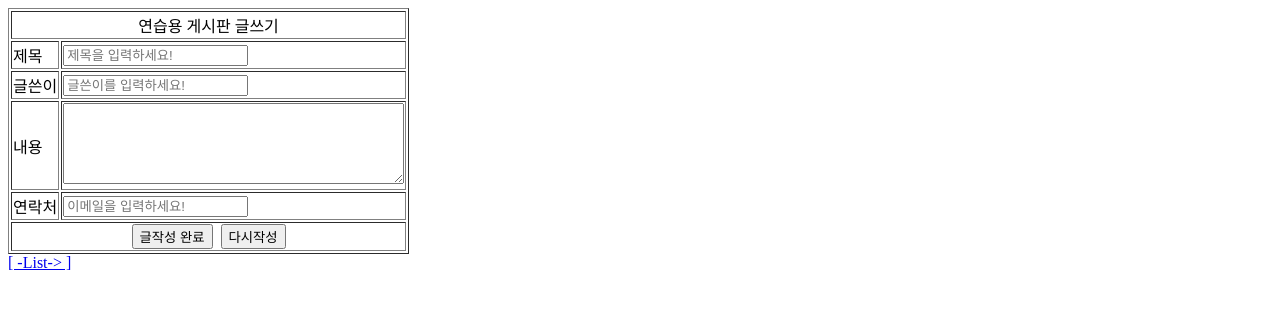
Repository: k0603156/JAVA
Page: http://localhost/StartBoard/test.do?myName=Kimyongkuk
An editor plug-in stored every save of this project. The page is shown before and after the next save, followed by the edit.
The browser window is 1280 px wide. The pictures show the whole page.
The page is served by Tomcat 9.

Above is the page before, as saved 2020-03-12 05:39:40.

After the next save:
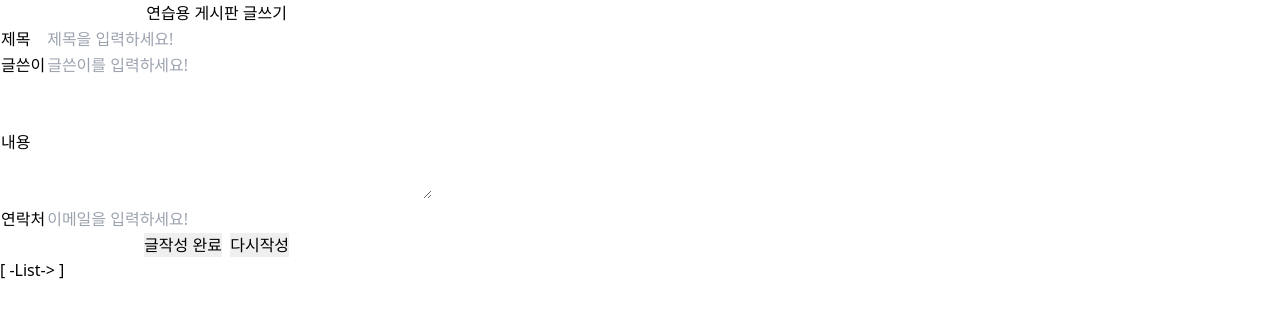
Saved 2 h 17 min later.
--- a/SERVLET/workspace/StartBoard/WebContent/index.jsp
+++ b/SERVLET/workspace/StartBoard/WebContent/index.jsp
@@ -6,6 +6,7 @@
 <meta charset="UTF-8">
 <title>Insert title here</title>
 </head>
+<link href="https://unpkg.com/tailwindcss@^1.0/dist/tailwind.min.css" rel="stylesheet">
 <body>
 	<!-- <h1>Index.jsp</h1>
 	<h1><a href="http://www.naver.com">Naver.com</a></h1>
